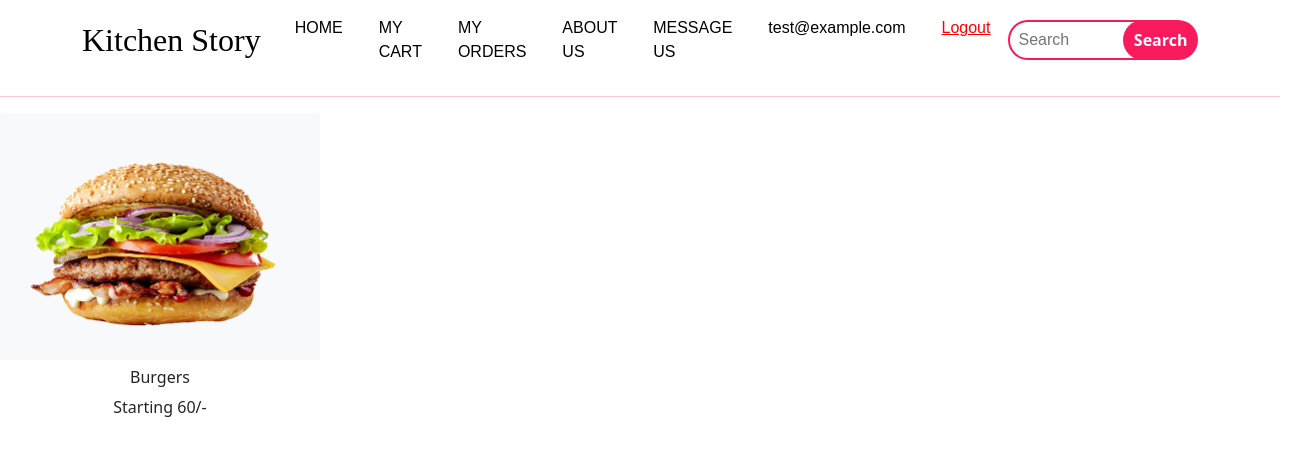
Repository: manishmachha/project-kitchenStory
Page: http://localhost/Phase_4_Kitchen_Story/products.jsp
An editor plug-in stored every save of this project. The page is shown before and after the next save, followed by the edit.
The browser window is 1280 px wide. The page is 1280 px wide, then 1292 px, so the pictures cover 1292 px, including what lies to the right of the window. The pictures show the whole page.
Some web fonts or font styles are not loaded; a fallback is used. Some web libraries are served in a nearby version. The page is served by Tomcat 10. The session is filled in as if someone had signed in: {"email": "test@example.com"}.

Above is the page before, as saved 2022-03-11 05:50:16.

After the next save:
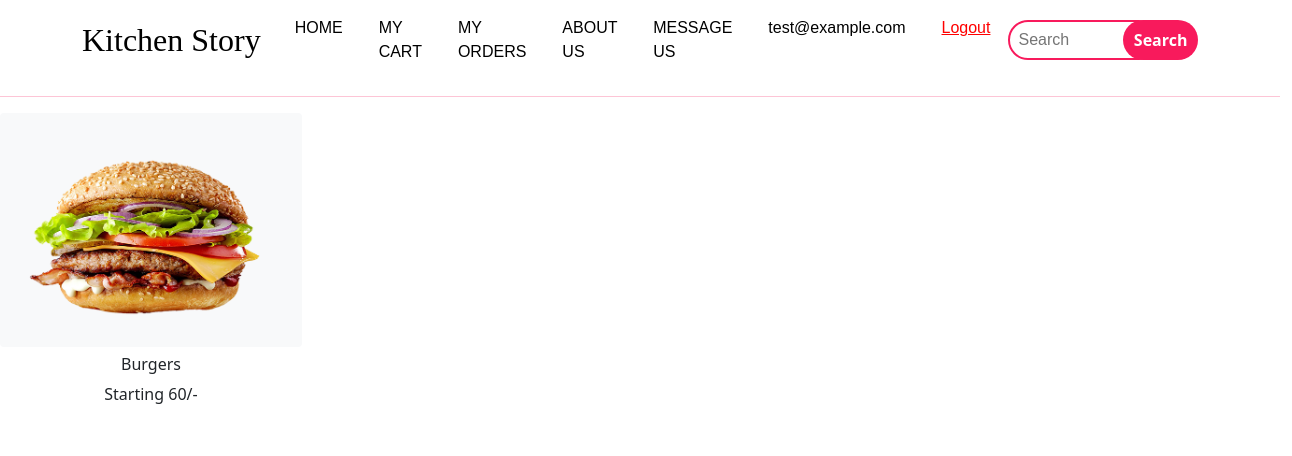
Saved 64 s later.
--- a/Phase 4 Kitchen Story/src/main/webapp/products.jsp
+++ b/Phase 4 Kitchen Story/src/main/webapp/products.jsp
@@ -11,15 +11,17 @@
 <link rel="stylesheet" href="css/indexStyle.css">
 </head>
 <body>
-	<div class="col-lg-3 text-center">
-		<div class="card border-0 bg-light mb-2">
-			<div class="card-body">
-				<a href="products.jsp"><img src="images/burger-trending.png"
-					class="img-fluid"></a>
+	<div class="row">
+		<div class="col-lg-3 text-center">
+			<div class="card border-0 bg-light mb-2">
+				<div class="card-body">
+					<a href="products.jsp"><img src="images/burger-trending.png"
+						class="img-fluid"></a>
+				</div>
 			</div>
+			<h6>Burgers</h6>
+			<p>Starting 60/-</p>
 		</div>
-		<h6>Burgers</h6>
-		<p>Starting 60/-</p>
 	</div>
 </body>
 </html>
